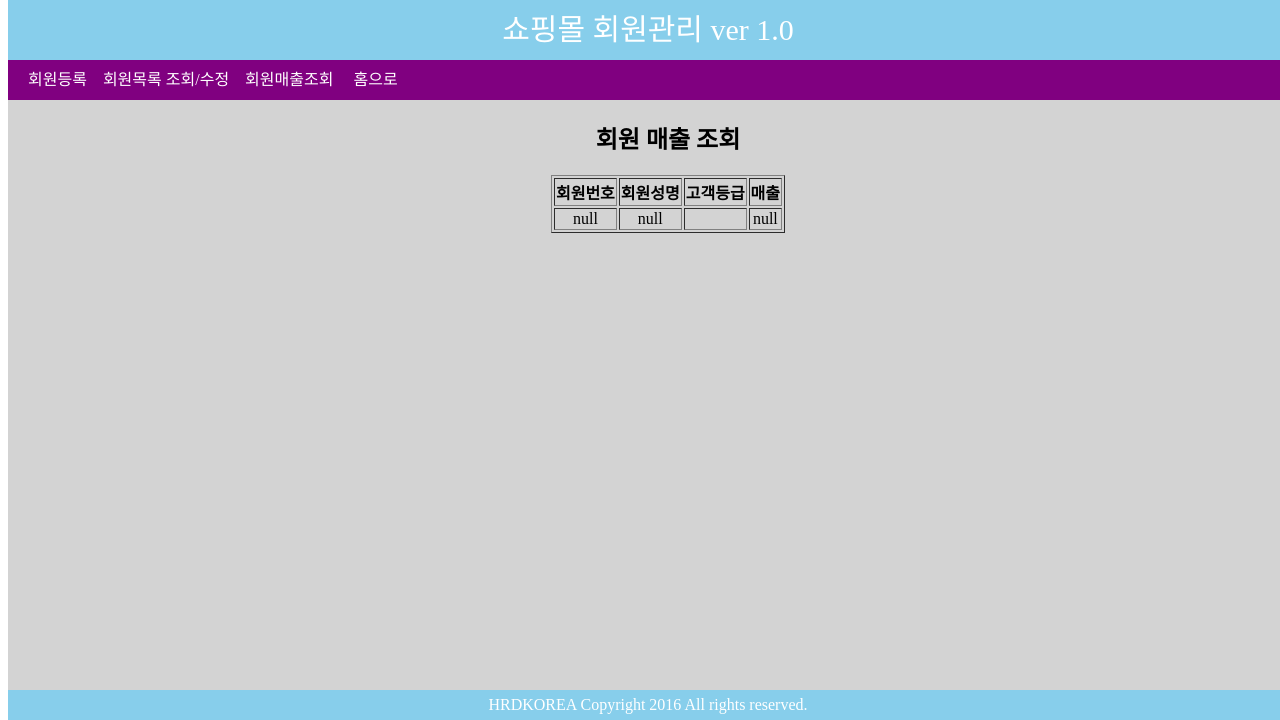
Repository: haileylee94/mini-project
Page: http://localhost/hrd/incom.jsp
These files come from the project's save history. The page is drawn as it stood at one moment and after the next save; the edit follows.
The browser window is 1280 px wide. The pictures show the whole page.
The page is served by Tomcat 9. Queries for data that is not in the repository find no rows.

Above is the page before, as saved 2022-11-18 05:27:14.

### hrd/WebContent/incom.jsp
<%@page import="java.sql.ResultSet"%>
<%@page import="DBPKG.Util"%>
<%@page import="java.sql.Statement"%>
<%@page import="java.sql.Connection"%>
<%@ page language="java" contentType="text/html; charset=UTF-8"
	pageEncoding="UTF-8"%>
<!DOCTYPE html>
<html>
<head>
<meta charset="UTF-8">
<title>incom</title>
</head>
<body>
	<jsp:include page="header.jsp" />
	<section
		style="position: fixed; top: 100px; background-color: lightgray; height: 100%; width: 100%; padding-left: 20px">
		<h1 style="text-align: center;">
			<b>회원 매출 조회</b><br>
		</h1>
		<form
			style="display: flex; align-items: center; justify-content: center; text-align: center">
			<table border="1">
				<tr>
					<th>회원번호</th>
					<th>회원성명</th>
					<th>고객등급</th>
					<th>매출</th>
				</tr>

				<%
				Connection con=null;
				Statement stmt=null;
				String grade="";

				try{
					con=Util.getConnection();
					stmt=con.createStatement();
					String sql="select me.custno, me.custname, me.grade, sum(mo.price) price "+
							"from member_tbl_02 me, money_tbl_02 mo where me.custno = mo.custno " +
							"group by me.custno, me.custname, me.grade order by sum(mo.price) desc";
					ResultSet rs = stmt.executeQuery(sql);
					while(rs.next()){
						grade = rs.getString("grade");
						switch(grade){
						case "A" :
							grade ="VIP";
							break;
						case "B" :
							grade ="일반";
							break;
						case "C" :
							grade ="직원";
							break;
						}//switch
					}//while

			%>
				<tr>
					<td><%=rs.getString("custno") %></td>
					<td><%=rs.getString("custname") %></td>
					<td><%=grade %></td>
					<td><%=rs.getString("price") %></td>
				</tr>
				<%
				}catch(Exception e){
					e.printStackTrace();
				}
				%>
			</table>
		</form>
	</section>
	<jsp:include page="footer.jsp" />
</body>
</html>

### hrd/WebContent/header.jsp
<%@ page language="java" contentType="text/html; charset=UTF-8"
    pageEncoding="UTF-8"%>
<!DOCTYPE html>
<html>
<head>
<meta charset="UTF-8">
<title>header</title>
<style type="text/css">
	*{
		text-decoration: none;
	}

	header{
		position:fixed;
		top:0px;
		width:100%;
		height: 60px;
		background-color: skyblue;
		color: white;
		text-align: center;
		line-height: 60px;
		font-size: 30px;
	}
	nav{
		position: fixed;
		top: 60px;
		width: 100%;
		height: 40px;
		background-color: purple;
		line-height: 40px;
		padding-left: 20px;
		color: #fff;
	}

	a{
		color: #fff;
	}
</style>
</head>
<body>

	<header>
		쇼핑몰 회원관리 ver 1.0
	</header>

	<nav>
		<a href="join.jsp">회원등록</a> &nbsp;&nbsp;
		<a href="memberList.jsp">회원목록 조회/수정</a> &nbsp;&nbsp;
		<a href="incom.jsp">회원매출조회</a> &nbsp;&nbsp;&nbsp;
		<a href="index.jsp">홈으로</a>
	</nav>
</body>
</html>

### hrd/WebContent/footer.jsp
<%@ page language="java" contentType="text/html; charset=UTF-8"
    pageEncoding="UTF-8"%>
<!DOCTYPE html>
<html>
<head>
<meta charset="UTF-8">
<title>footer</title>
<style type="text/css">
	footer{
		position: fixed;
		bottom: 0px;
		background-color: skyblue;
		width: 100%;
		height: 30px;
		color: white;
		text-align: center;
		line-height: 30px;
	}
</style>
</head>
<body>

	<footer>
		HRDKOREA Copyright 2016 All rights reserved.
	</footer>
</body>
</html>

### hrd/src/DBPKG/Util.java
package DBPKG;

import java.sql.*;
public class Util {
	public static Connection getConnection() throws Exception{
		Class.forName("oracle.jdbc.OracleDriver");
		Connection con = DriverManager.getConnection("jdbc:oracle:thin:@//localhost:1521/XE", "system", "1234");
		return con;
	}


}

After the next save:
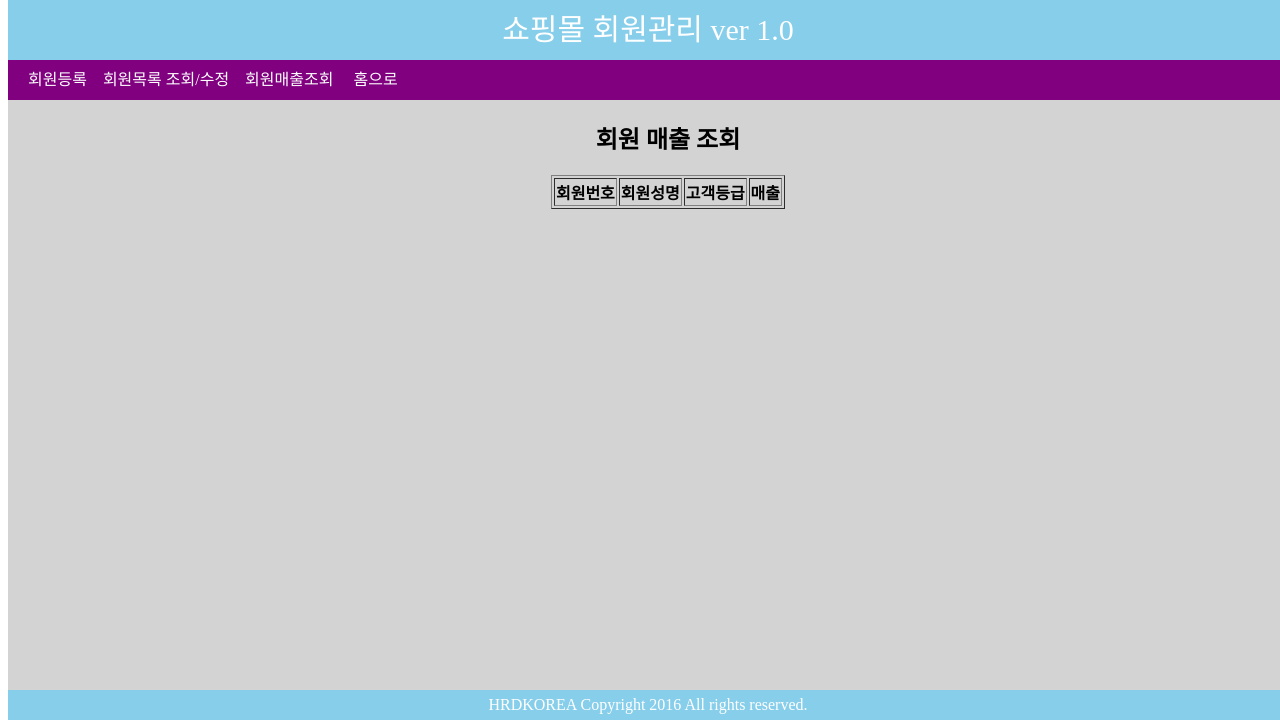
Saved 69 min 38 s later.
--- a/hrd/WebContent/incom.jsp
+++ b/hrd/WebContent/incom.jsp
@@ -52,7 +52,7 @@
 							grade ="직원";
 							break;
 						}//switch
-					}//while
+
 
 			%>
 				<tr>
@@ -62,6 +62,7 @@
 					<td><%=rs.getString("price") %></td>
 				</tr>
 				<%
+					}//while
 				}catch(Exception e){
 					e.printStackTrace();
 				}
